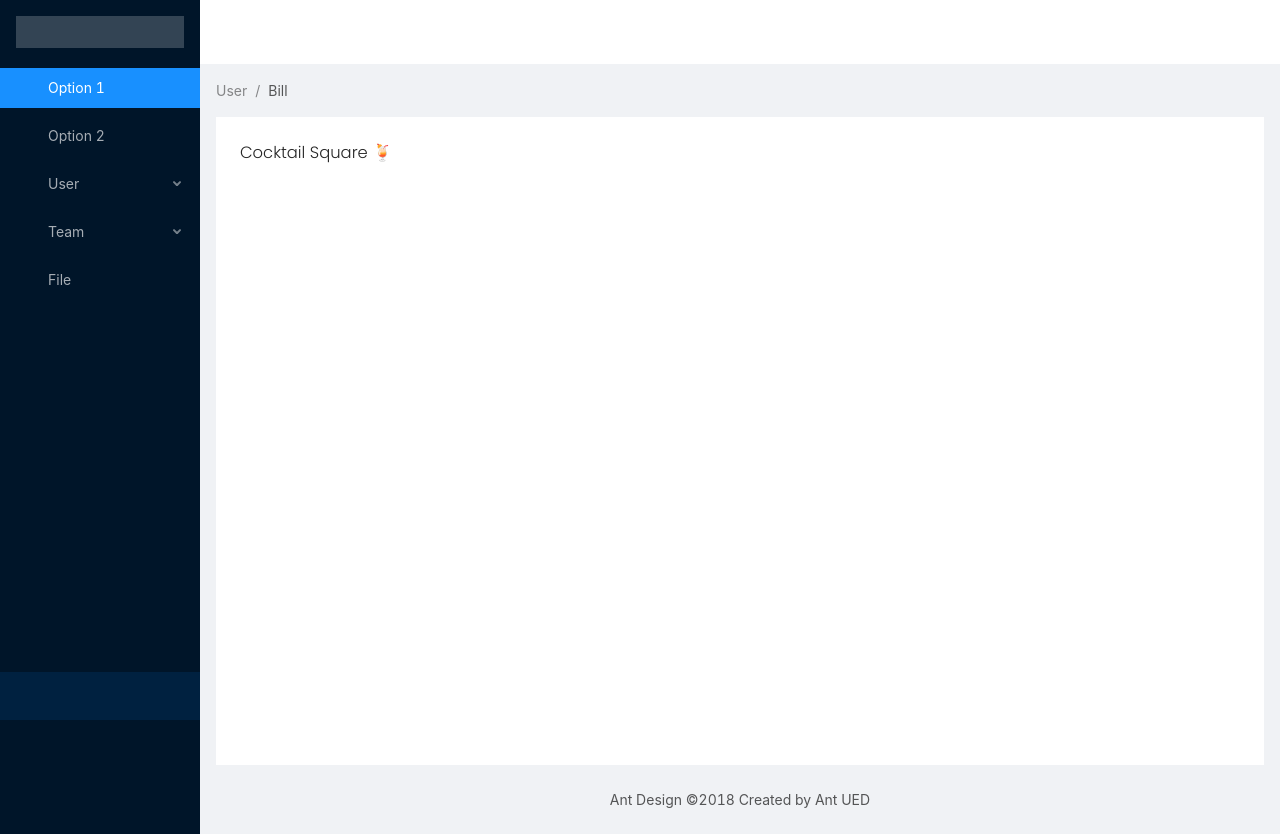
Repository: huynhnt1406/cocktail
Page: /
An editor plug-in stored every save of this project. The page is shown before and after the next save, followed by the edit.
The browser window is 1280 px wide. The pictures show the whole page.
The page's requests for data from a server got no answer. The project was rebuilt for these pictures with package versions that can differ from the ones it lists, and the page was loaded fresh each time. No one was signed in, and anything a server would have sent is missing.

Above is the page before, as saved 2021-05-05 23:47:22.

### public/index.html
<!DOCTYPE html>
<html lang="">
  <head>
    <meta charset="utf-8">
    <meta http-equiv="X-UA-Compatible" content="IE=edge">
    <meta name="viewport" content="width=device-width,initial-scale=1.0">
    <link rel="icon" href="<%= BASE_URL %>favicon.ico">
    <title><%= htmlWebpackPlugin.options.title %></title>
    <link rel="preconnect" href="https://fonts.gstatic.com">
    <link href="https://fonts.googleapis.com/css2?family=Poppins:ital,wght@0,200;0,300;1,400&display=swap" rel="stylesheet">
  </head>
  <body>
    <noscript>
      <strong>We're sorry but <%= htmlWebpackPlugin.options.title %> doesn't work properly without JavaScript enabled. Please enable it to continue.</strong>
    </noscript>
    <div id="app"></div>
    <!-- built files will be auto injected -->
  </body>
</html>

### src/main.js
import Vue from 'vue'
import App from './App.vue'
import store from './store/index'
import router from './router/index'
import 'ant-design-vue/dist/antd.css';
import Antd from 'ant-design-vue';
Vue.config.productionTip = false
Vue.use(Antd);
new Vue({
  store,
  router,
  render: h => h(App),
}).$mount('#app')

### src/App.vue
<template>
  <a-layout id="components-layout-demo-side" style="min-height: 100vh">
    <a-layout-sider v-model="collapsed" collapsible>
      <div class="logo" />
      <a-menu theme="dark" :default-selected-keys="['1']" mode="inline">
        <a-menu-item key="1">
          <a-icon type="pie-chart" />
          <span>Option 1</span>
        </a-menu-item>
        <a-menu-item key="2">
          <a-icon type="desktop" />
          <span>Option 2</span>
        </a-menu-item>
        <a-sub-menu key="sub1">
          <span slot="title"><a-icon type="user" /><span>User</span></span>
          <a-menu-item key="3">
            Tom
          </a-menu-item>
          <a-menu-item key="4">
            Bill
          </a-menu-item>
          <a-menu-item key="5">
            Alex
          </a-menu-item>
        </a-sub-menu>
        <a-sub-menu key="sub2">
          <span slot="title"><a-icon type="team" /><span>Team</span></span>
          <a-menu-item key="6">
            Team 1
          </a-menu-item>
          <a-menu-item key="8">
            Team 2
          </a-menu-item>
        </a-sub-menu>
        <a-menu-item key="9">
          <a-icon type="file" />
          <span>File</span>
        </a-menu-item>
      </a-menu>
    </a-layout-sider>
    <a-layout>
      <a-layout-header style="background: #fff; padding: 0" />
      <a-layout-content style="margin: 0 16px">
        <a-breadcrumb style="margin: 16px 0">
          <a-breadcrumb-item>User</a-breadcrumb-item>
          <a-breadcrumb-item>Bill</a-breadcrumb-item>
        </a-breadcrumb>
        <div class="cocktail-lists" :style="{ padding: '24px', background: '#fff', minHeight: '360px' }">
          <CockTail/>
        </div>
      </a-layout-content>
      <a-layout-footer style="text-align: center">
        Ant Design ©2018 Created by Ant UED
      </a-layout-footer>
    </a-layout>
  </a-layout>
</template>
<script>
import CockTail from './components/CockTail'
export default {
  data() {
    return {
      collapsed: false,
    };
  },
  components:{
    CockTail,
  }
};
</script>

<style>
#components-layout-demo-side .logo {
  height: 32px;
  background: rgba(255, 255, 255, 0.2);
  margin: 16px;
}
.cocktail-lists{
  overflow-y: scroll;
  height: 90vh;
}
</style>

### src/store/index.js
import Vue from 'vue'
import Vuex from 'vuex'
import cocktail from './modules/cocktail'
Vue.use(Vuex)
export default new Vuex.Store({
    modules:{
        cocktail
    }
})

### src/router/index.js
import Vue from 'vue'
import VueRouter from 'vue-router'

Vue.use(VueRouter)

export default new VueRouter({
    mode:'history'
})

### src/components/CockTail.vue
<template >
    <div class="homepage">
        <h3>Cocktail Square 🍹</h3>
        <div class="list" v-for="cocktail in allCocktails" :key="cocktail.id">
            <img :src="cocktail.strDrinkThumb" :alt="cocktail.idDrink">
        </div>
    </div>
</template>
<script>
import {mapGetters, mapActions} from 'vuex'
export default {
    name:'Cocktail',
    computed: mapGetters(["allCocktails"]),
    created(){
        this.fetchCocktail()
    },
    methods:{
        ...mapActions(["fetchCocktail"])
    },
}
</script>
<style >
.homepage{
    font-family: "Poppins",sans-serif;
}
.list img{
    height: 150px;
    width: 150px;
}
</style>

### src/store/modules/cocktail.js
import axios from 'axios'

const state = {
    cocktailLists: []
}
const getters = {
    allCocktails : state => state.cocktailLists
}
const actions = {
    async fetchCocktail({commit}){
        const res = await axios.get('https://www.thecocktaildb.com/api/json/v1/1/search.php?f=b')
        commit('getCocktail', res.data.drinks)
        console.log(res.data.drinks)
    }
}

const mutations = {
    getCocktail : (state, cocktailLists) => state.cocktailLists = cocktailLists
}

export default {
    state,getters,actions,mutations
}

After the next save:
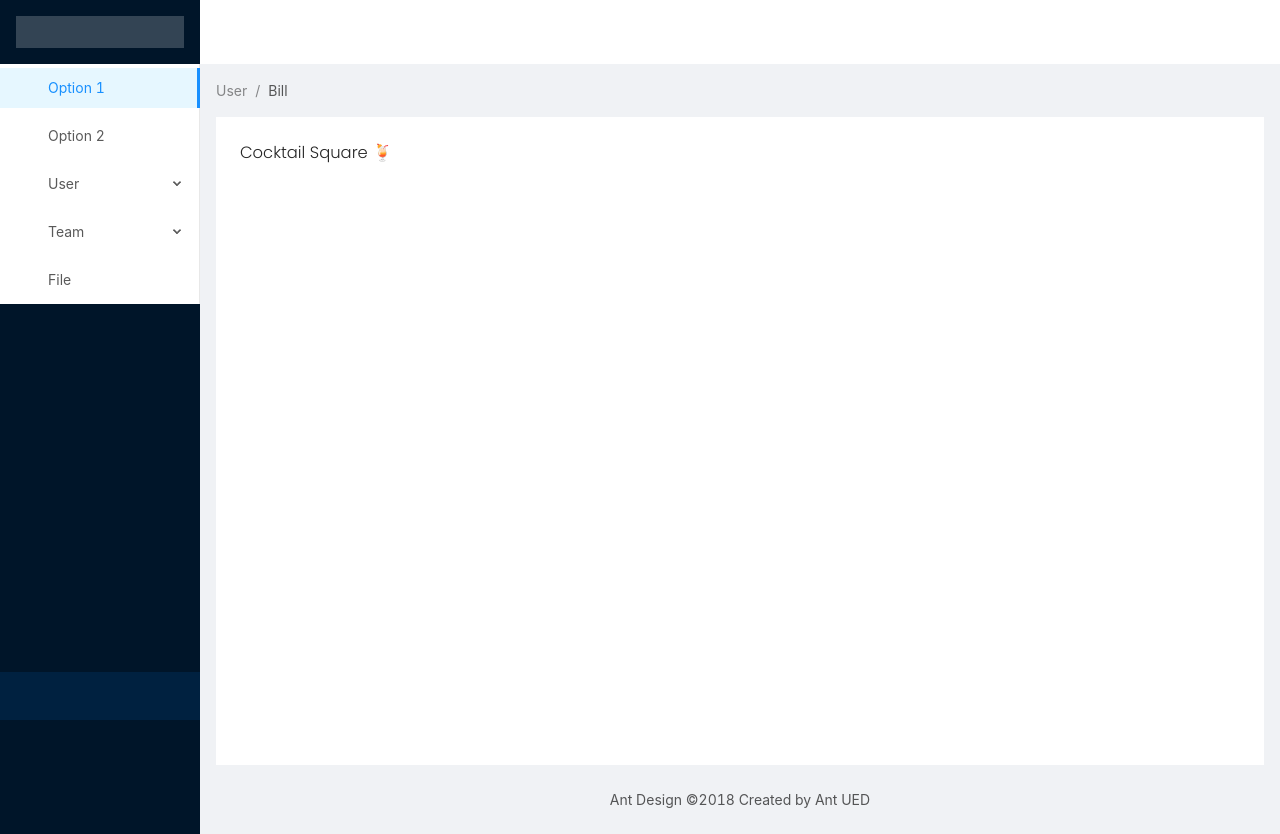
Saved 3 min 22 s later.
--- a/src/App.vue
+++ b/src/App.vue
@@ -2,7 +2,7 @@
   <a-layout id="components-layout-demo-side" style="min-height: 100vh">
     <a-layout-sider v-model="collapsed" collapsible>
       <div class="logo" />
-      <a-menu theme="dark" :default-selected-keys="['1']" mode="inline">
+      <a-menu theme="success" :default-selected-keys="['1']" mode="inline">
         <a-menu-item key="1">
           <a-icon type="pie-chart" />
           <span>Option 1</span>

After the save that followed:
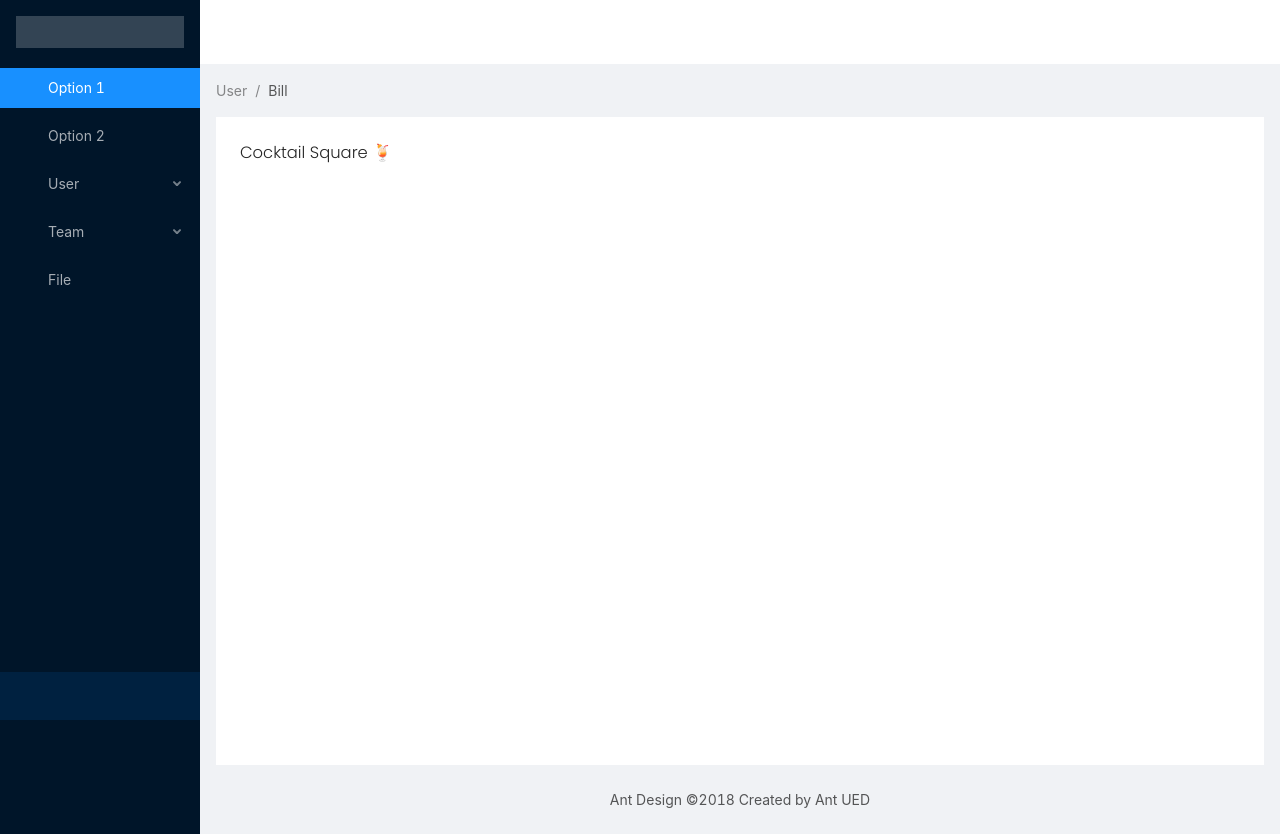
Saved 12 s later.
--- a/src/App.vue
+++ b/src/App.vue
@@ -2,7 +2,7 @@
   <a-layout id="components-layout-demo-side" style="min-height: 100vh">
     <a-layout-sider v-model="collapsed" collapsible>
       <div class="logo" />
-      <a-menu theme="success" :default-selected-keys="['1']" mode="inline">
+      <a-menu theme="dark" :default-selected-keys="['1']" mode="inline">
         <a-menu-item key="1">
           <a-icon type="pie-chart" />
           <span>Option 1</span>
